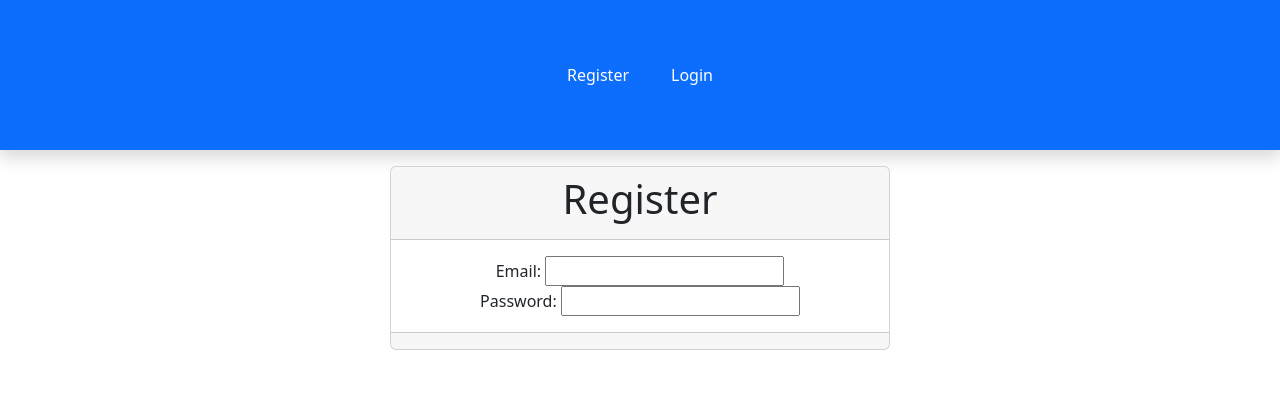
Repository: loveleii/firebase-login-logout
Page: /
An editor plug-in stored every save of this project. The page is shown before and after the next save, followed by the edit.
The browser window is 1280 px wide. The pictures show the whole page.
The project was rebuilt for these pictures with package versions that can differ from the ones it lists, and the page was loaded fresh each time. Also part of the build but not shown: vite.config.ts, src/views/loginView.vue, src/assets/main.css.

Above is the page before, as saved 2023-03-04 19:33:11.

After the next save:
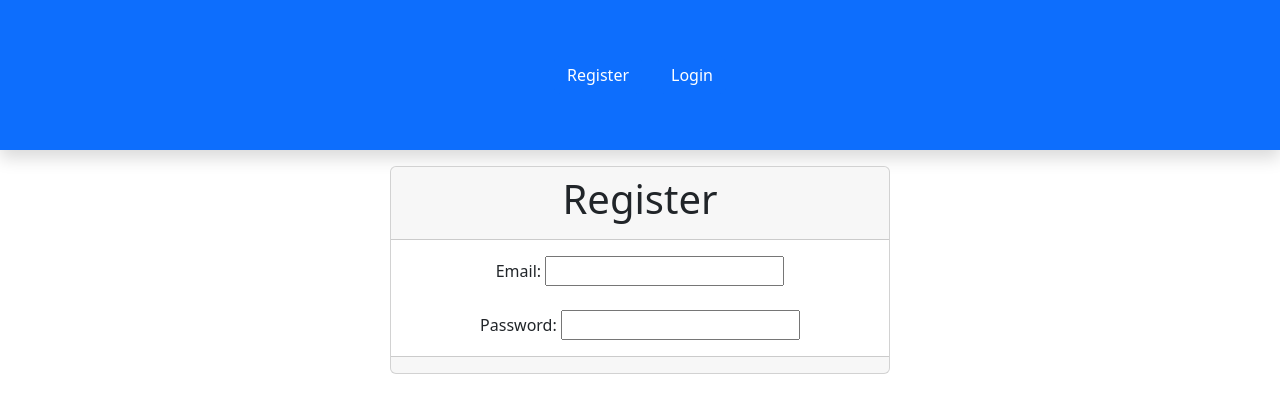
Saved 8 s later.
--- a/src/views/registerView.vue
+++ b/src/views/registerView.vue
@@ -4,7 +4,7 @@
             <h1>Register</h1>
         </div>
         <div class="card-body">
-            Email: <input type="text" name="" id=""> <br>
+            Email: <input type="text" name="" id=""> <br> <br>
             Password: <input type="text" name="" id="">
 
         </div>

After the save that followed:
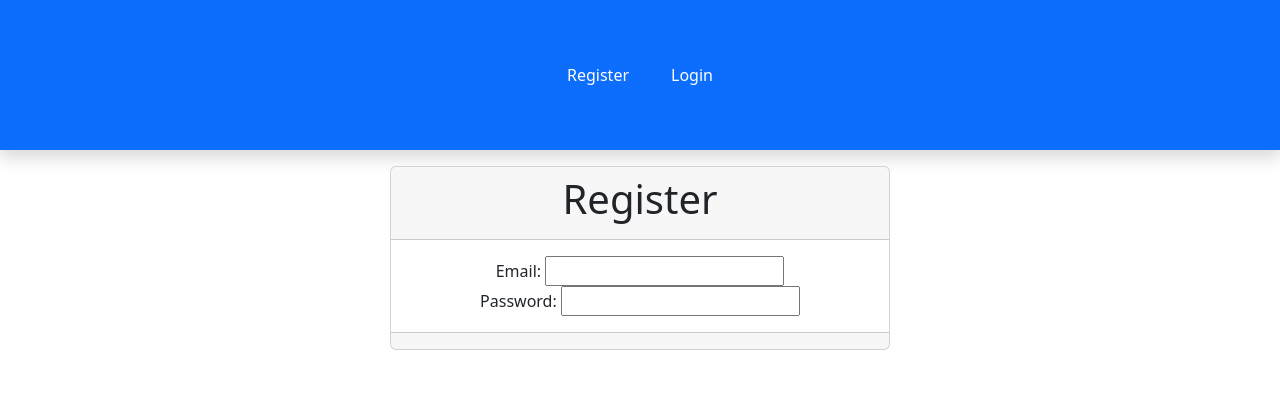
Saved 8 s later.
--- a/src/views/registerView.vue
+++ b/src/views/registerView.vue
@@ -4,7 +4,7 @@
             <h1>Register</h1>
         </div>
         <div class="card-body">
-            Email: <input type="text" name="" id=""> <br> <br>
+            Email: <input type="text" name="" id=""> <br>
             Password: <input type="text" name="" id="">
 
         </div>
